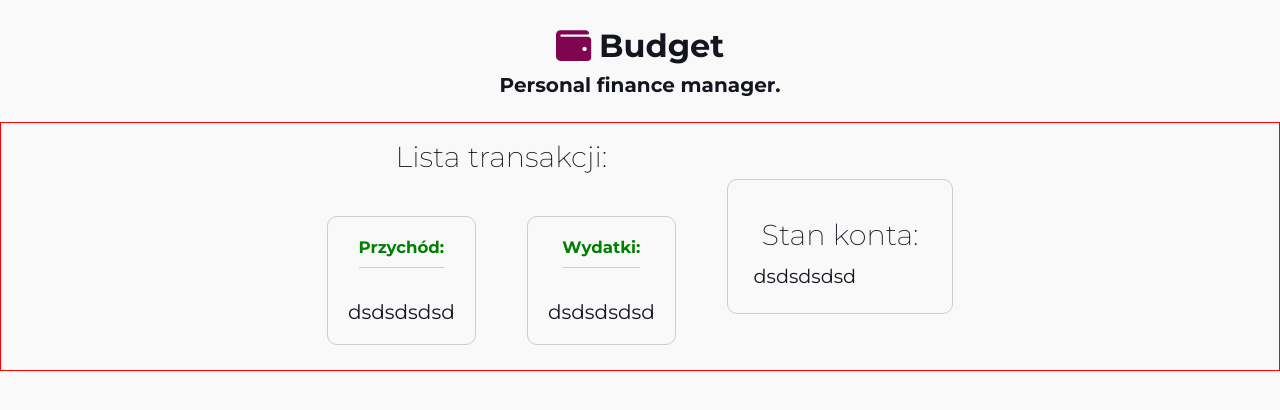
Repository: KrzysKolo/sr_tydzien4_zad4
Page: /
An editor plug-in stored every save of this project. The page is shown before and after the next save, followed by the edit.
The browser window is 1280 px wide. The pictures show the whole page.
Some web libraries are served in a nearby version. The project was rebuilt for these pictures with package versions that can differ from the ones it lists, and the page was loaded fresh each time.

Above is the page before, as saved 2020-11-29 14:59:04.

### public/index.html
<!DOCTYPE html>
<html lang="en">
  <head>
    <meta charset="utf-8" />
    <link rel="icon" href="%PUBLIC_URL%/favicon.ico" />
    <meta name="viewport" content="width=device-width, initial-scale=1" />
    <meta name="theme-color" content="#000000" />
    <meta
      name="description"
      content="Web site created using create-react-app"
    />
    <link rel="apple-touch-icon" href="%PUBLIC_URL%/logo192.png" />
    <!--
      manifest.json provides metadata used when your web app is installed on a
      user's mobile device or desktop. See https://developers.google.com/web/fundamentals/web-app-manifest/
    -->
    <link rel="manifest" href="%PUBLIC_URL%/manifest.json" />
    <!--
      Notice the use of %PUBLIC_URL% in the tags above.
      It will be replaced with the URL of the `public` folder during the build.
      Only files inside the `public` folder can be referenced from the HTML.

      Unlike "/favicon.ico" or "favicon.ico", "%PUBLIC_URL%/favicon.ico" will
      work correctly both with client-side routing and a non-root public URL.
      Learn how to configure a non-root public URL by running `npm run build`.
    -->
    <link
      href="https://fonts.googleapis.com/css?family=Montserrat:200,400,700&display=swap&subset=latin-ext"
      rel="stylesheet"
    />
    <script
      src="https://kit.fontawesome.com/327a0d490c.js"
      crossorigin="anonymous"
    ></script>
    <title>Budget</title>
  </head>
  <body>
    <noscript>You need to enable JavaScript to run this app.</noscript>
    <div id="root"></div>
    <!--
      This HTML file is a template.
      If you open it directly in the browser, you will see an empty page.

      You can add webfonts, meta tags, or analytics to this file.
      The build step will place the bundled scripts into the <body> tag.

      To begin the development, run `npm start` or `yarn start`.
      To create a production bundle, use `npm run build` or `yarn build`.
    -->
  </body>
</html>

### src/App.js
import React from 'react';
import Budget from './components/Budget'

const App = () => {
  return (
    <>
      <Budget/>
    </>
  )
}

export default App;

### src/components/Budget.js
import React from 'react';
import Header from './budgetComponents/Header';
import Section from './budgetComponents/Section';
import SectionInfo from './budgetComponents/SectionInfo';
import H2 from './budgetComponents/sectionComponents/H2';
import styled, { createGlobalStyle } from 'styled-components';

const GlobalStyle = createGlobalStyle`
    * {
        padding: 0;
        margin: 0;
        box-sizing: border-box;
    }
    body {
        background-color: #f9f9f9;
        color: #14161f;
        font-family: "Montserrat", sans-serif;
        font-size: 16px;
        min-height: 100vh;
    }
    `;
const Container = styled.main`
    font-size: 1.2em;
`;
const SectionContainer = styled.section`
    border: 1px solid red;
    display: flex;
    flex-direction: row;
    justify-content: center;
    align-items: center;
`;
const SectionBudget = styled.section`
    display: flex;
    flex-direction: column;
    justify-content: center;
    align-items: center;
`;
const SectionItems = styled.section`
    display: flex;
    flex-direction: row;
    justify-content: center;
    align-items: center;

`;
const Budget = () => {
    return (
        <>
            <GlobalStyle />
            <Container>
                <Header />
                <SectionContainer>
                    <SectionBudget>
                        <H2 title={"Lista transakcji"} />
                        <SectionItems>
                            <Section title={"Przychód"} label={"p"}/>
                            <Section title={"Wydatki"}/>
                        </SectionItems>
                    </SectionBudget>
                    <SectionInfo title={"Stan konta"}/>
                </SectionContainer>
            </Container>
        </>
    )
}

export default Budget;

### src/components/budgetComponents/Header.js
import React from 'react';
import styled from 'styled-components';
import { FontAwesomeIcon } from '@fortawesome/react-fontawesome';
import { faWallet } from '@fortawesome/free-solid-svg-icons';

const SectionHeader = styled.header`
    align-items: center;
    color: rgb(127, 5, 80);
    display: flex;
    font-size: 2.2rem;
    flex-direction: column;
    justify-content: center;
    padding: 2%;
`;
const DivHeader = styled.div`
    align-items: center;
    display: flex;
    flex-direction: row;
    justify-content: center;
    margin-bottom: 0.5rem;
`;
const H1Header = styled.h1`
    color: #14161f;
    font-size: 2rem;
    margin-left: .5rem;
`;
const H2Header = styled.h2`
    color: #14161f;
    font-size: 1.25rem;
`;
const Header = () => {
    return (
        <SectionHeader>
            <DivHeader>
                <FontAwesomeIcon icon={faWallet}/>
                <H1Header>Budget</H1Header>
            </DivHeader>
            <H2Header>Personal finance manager.</H2Header>
        </SectionHeader>
    )
}

export default Header;

### src/components/budgetComponents/Section.js
import React from 'react';
import H1 from './sectionComponents/H1';
import styled from 'styled-components';

const SectionWrapper = styled.section`
    border: 1px solid #ccc;
    border-radius: 10px;
    display: flex;
    flex-direction: column;
    font-size: 20px;
    justify-content: center;
    align-items: center;
    margin: 2vw;
    padding: 20px;
`;
const Section = ({ title, label }) => {
    return (
        <SectionWrapper>
           <H1 title={title} label={label}> </H1>
           <p>dsdsdsdsd</p>
        </SectionWrapper>
    )
}

export default Section;

### src/components/budgetComponents/SectionInfo.js
import React from 'react';
import H2 from './sectionComponents/H2';
import styled from 'styled-components';

const SectionWrapper = styled.section`
    border: 1px solid #ccc;
    border-radius: 10px;
    display: flex;
    flex-direction: column;
    margin: 2vw;
    padding: 2%;
`;
const Section = ({ title }) => {
    return (
        <SectionWrapper>
           <H2 title={title}> </H2>
           <p>dsdsdsdsd</p>
        </SectionWrapper>
    )
}

export default Section;

### src/components/budgetComponents/sectionComponents/H2.js
import React from 'react'
import styled from 'styled-components';

const TitleH2 = styled.h2`
    font-weight: 200;
    margin: 2% auto;
    padding: 0.5rem;
`;

const H2 = ({title}) => {
    return (
        <TitleH2>
            {title}:
        </TitleH2>
    )
}

export default H2;

### src/components/budgetComponents/sectionComponents/H1.js
import React from 'react'
import styled from 'styled-components';

const TitleH1 = styled.h1`
    border-bottom: 1px solid #ccc;
    color: ${label => label ? 'green' : 'red'};
    margin-bottom: 2rem;
    padding-bottom: 10px;
`;

const H1 = ({title, label}) => {
    return (
        <TitleH1>
            {title}:
        </TitleH1>
    )
}

export default H1;

Loaded but not shown: src/index.js (common file); src/index.css (common file)

After the next save:
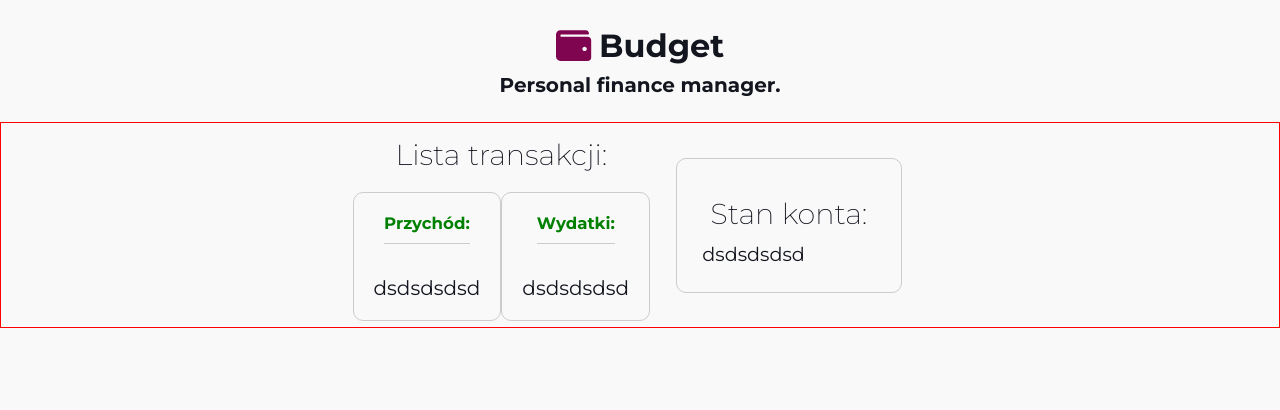
Saved 30 s later.
--- a/src/components/budgetComponents/Section.js
+++ b/src/components/budgetComponents/Section.js
@@ -10,7 +10,7 @@ const SectionWrapper = styled.section`
     font-size: 20px;
     justify-content: center;
     align-items: center;
-    margin: 2vw;
+    margin: 2%auto;
     padding: 20px;
 `;
 const Section = ({ title, label }) => {
